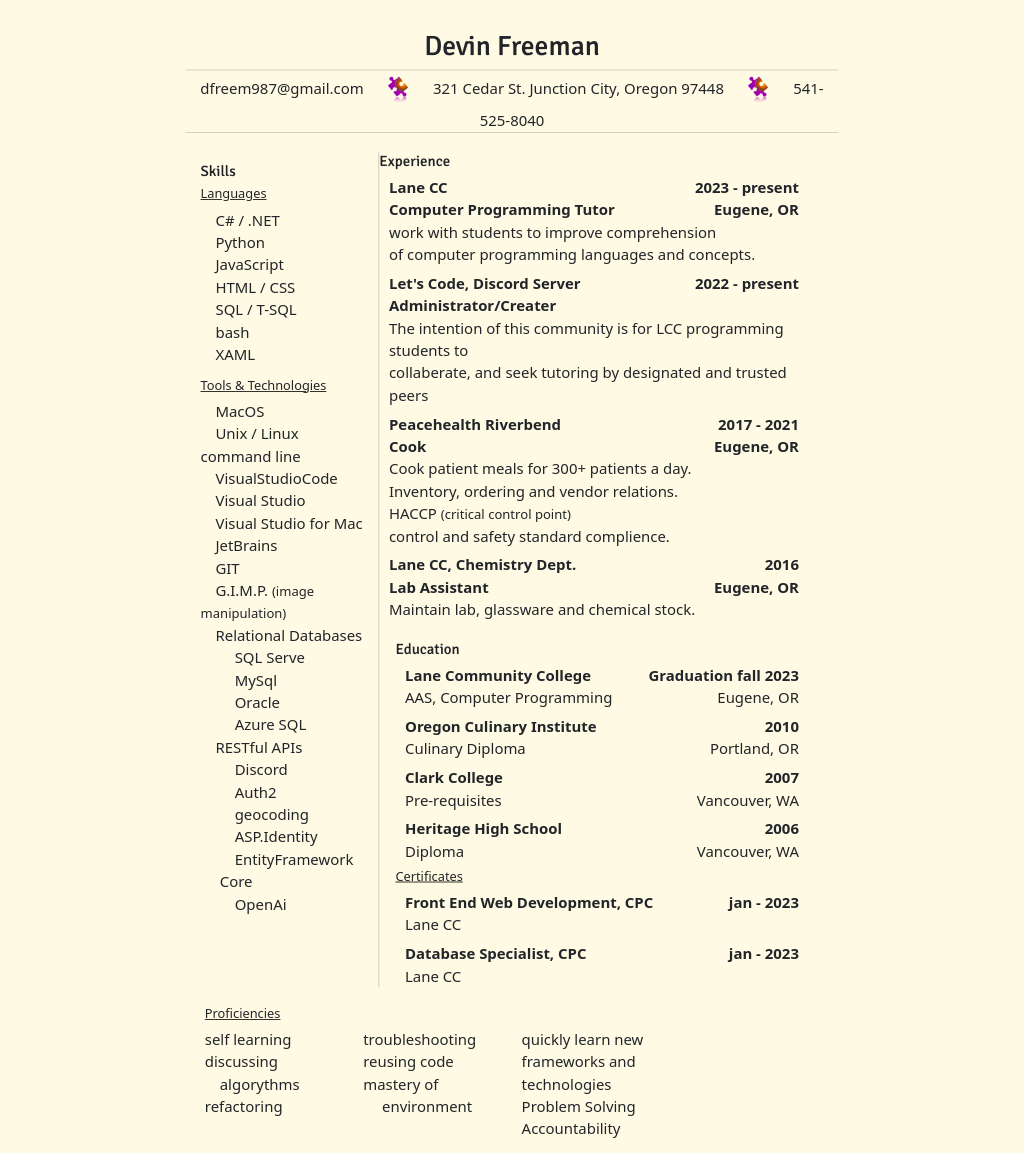
Repository: Dfreem/Resume
Page: index.html
An editor plug-in stored every save of this project. The page is shown before and after the next save, followed by the edit.
The browser window is 1280 px wide. The pictures show the whole page, at 80% of full size.

Above is the page before, as saved 2023-02-13 13:31:36.

After the next save:
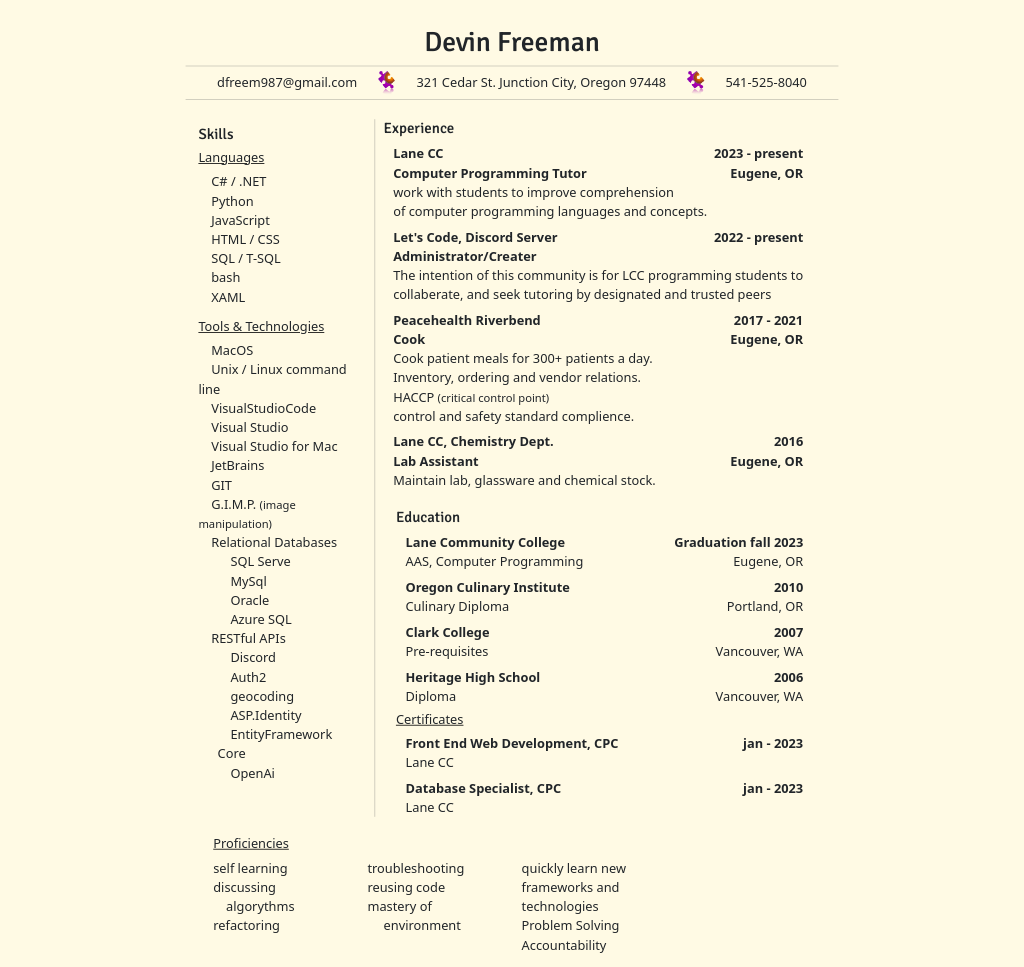
Saved 4 s later.
--- a/resume.css
+++ b/resume.css
@@ -12,7 +12,7 @@ body {
     max-width: 8.5in;
     min-width: 8.5in;
     max-height: 11in;
-    font-size: 14pt;
+    font-size: 12pt;
     background-color: rgb(255, 250, 228);
 }
 
